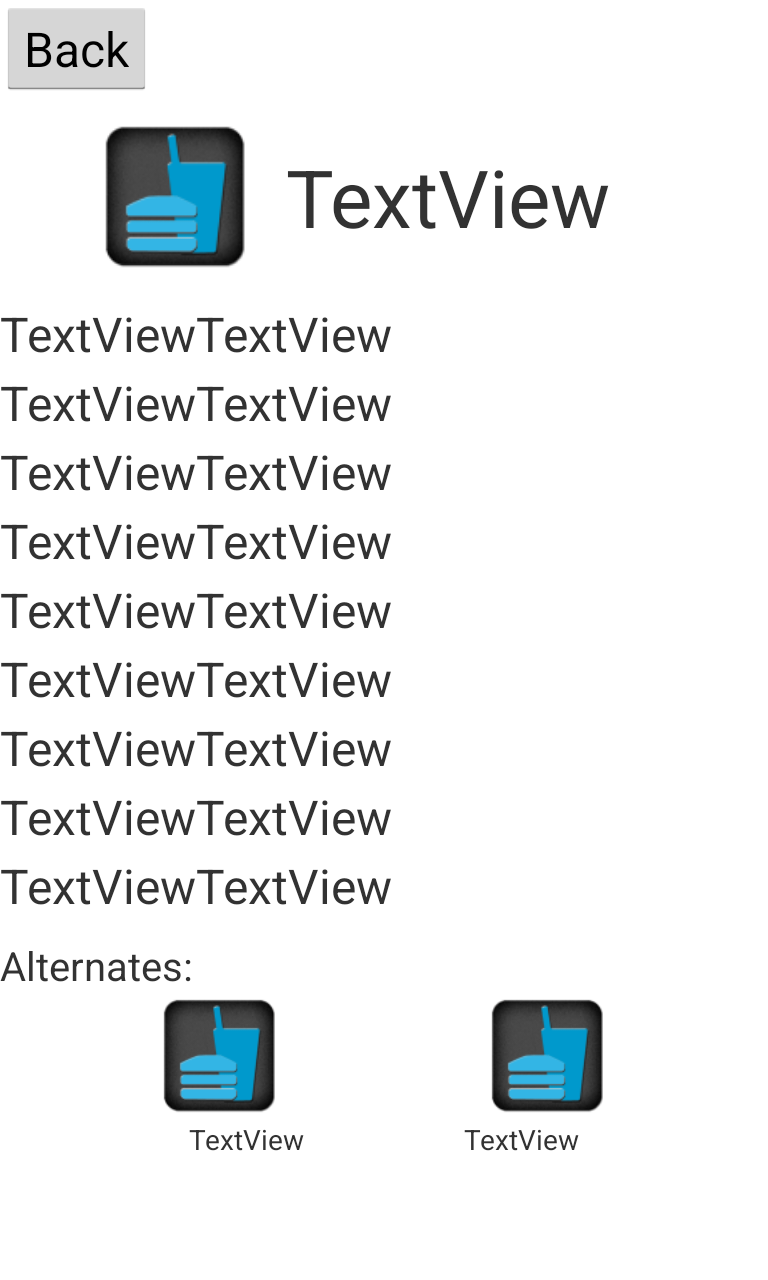
Repository: vitchyr/javoe
Layout: FirstRelease/res/layout/food.xml
An editor plug-in stored every save of this project. The layout is shown before and after the next save, followed by the edit.
It is drawn on a 768 x 1280 px phone screen (xhdpi) without system bars, with theme AppTheme; the app's code is not run.

Above is the layout before, as saved 2013-08-19 00:10:16.

After the next save:
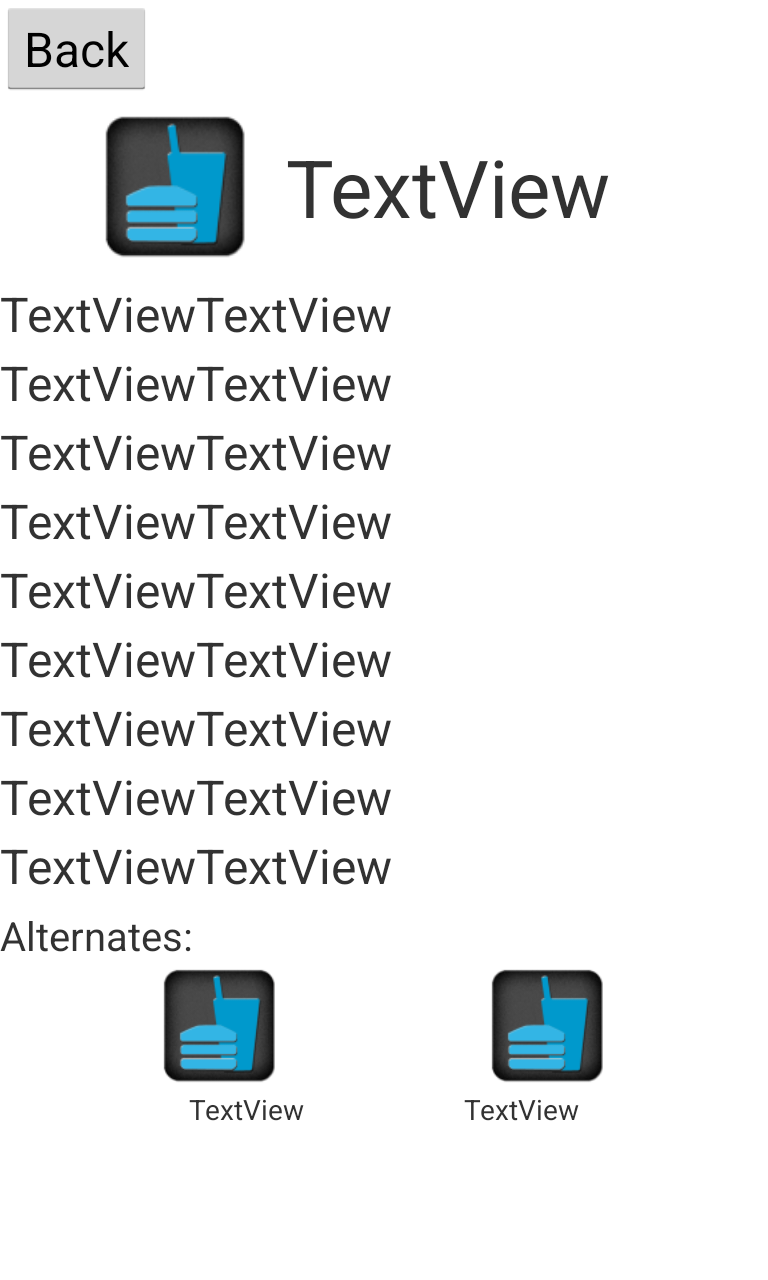
Saved 2 min 45 s later.
--- a/FirstRelease/res/layout/food.xml
+++ b/FirstRelease/res/layout/food.xml
@@ -16,7 +16,7 @@
     <TextView
         android:id="@+id/textView2"
         android:layout_width="wrap_content"
-        android:layout_height="10dp" />
+        android:layout_height="5dp" />
 
     <LinearLayout
         android:layout_width="match_parent"
@@ -43,7 +43,7 @@
     <TextView
         android:id="@+id/textView3"
         android:layout_width="wrap_content"
-        android:layout_height="10dp" />
+        android:layout_height="5dp" />
 
     <TableLayout
         android:layout_width="match_parent"
@@ -253,7 +253,7 @@
     <TextView
         android:id="@+id/textView22"
         android:layout_width="wrap_content"
-        android:layout_height="10dp" />
+        android:layout_height="5dp" />
 
     <TextView
         android:id="@+id/textView23"
